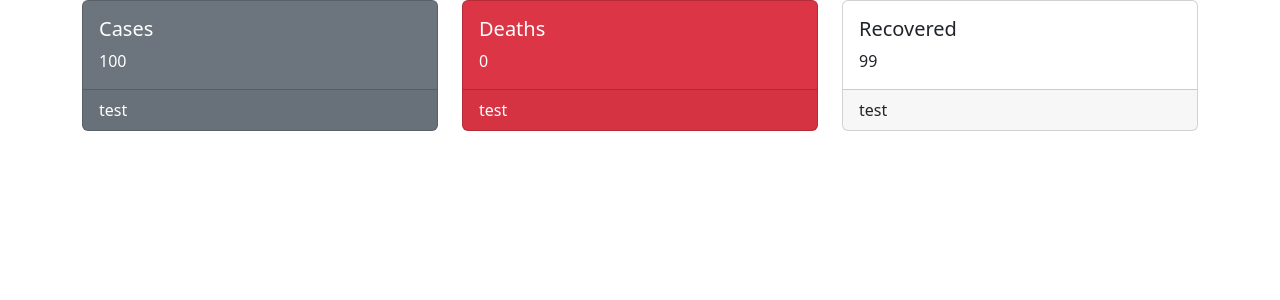
Repository: azizdeghais/CovidTracker
Page: /
The author's editor kept a copy of each file at every save. The page is drawn from the files as they stood at one save, then again after the next save.
The browser window is 1280 px wide. The pictures show the whole page.
The project was rebuilt for these pictures with package versions that can differ from the ones it lists, and the page was loaded fresh each time. Also part of the build but not shown: vite.config.js.

Above is the page before, as saved 2023-03-09 15:50:15.

### src/main.jsx
import React from 'react'
import ReactDOM from 'react-dom/client'
import App from './App'
import 'bootstrap/dist/css/bootstrap.min.css';


ReactDOM.createRoot(document.getElementById('root')).render(
  <React.StrictMode>
    <App />
  </React.StrictMode>,
)

### src/App.jsx
import React, { useEffect } from 'react'
import axios from 'axios'
import Container from 'react-bootstrap/Container';
import Row from 'react-bootstrap/Row';
import Col from 'react-bootstrap/Col';
import Card from 'react-bootstrap/Card';



function App() {




  return (
    <Container>
      <Row >
        <Col>
          <Card bg='secondary' text='white' >
            <Card.Body>
              <Card.Title>Cases</Card.Title>
              <Card.Text>
                100
              </Card.Text>
            </Card.Body>
            <Card.Footer>
              test
            </Card.Footer>
          </Card>
        </Col>
        <Col>
          <Card bg='danger' text='white' >
            <Card.Body>
              <Card.Title>Deaths</Card.Title>
              <Card.Text>
                0
              </Card.Text>
            </Card.Body>
            <Card.Footer>
              test
            </Card.Footer>
          </Card>
        </Col>
        <Col>
          <Card >
            <Card.Body>
              <Card.Title>Recovered</Card.Title>
              <Card.Text>
               99
              </Card.Text>
            </Card.Body>
            <Card.Footer>
              test
            </Card.Footer>
          </Card>
        </Col>
      </Row>
    </Container>
  )
}

export default App

Loaded but not shown: index.html (common file)

After the next save:
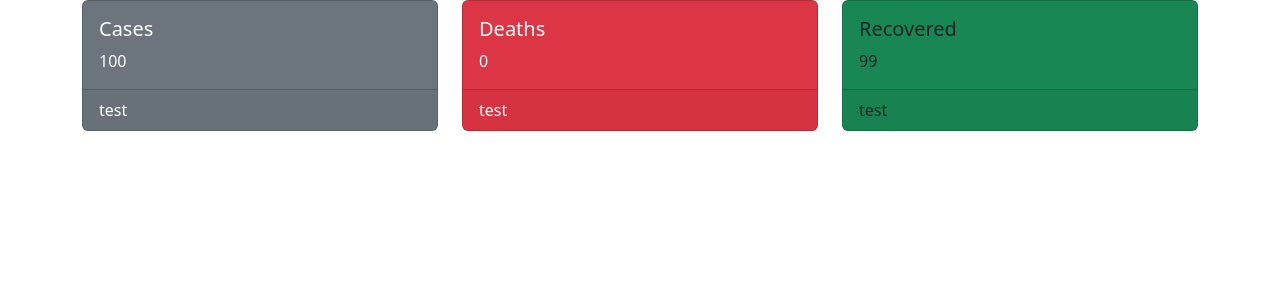
Saved 9 s later.
--- a/src/App.jsx
+++ b/src/App.jsx
@@ -42,7 +42,7 @@ function App() {
           </Card>
         </Col>
         <Col>
-          <Card >
+          <Card bg='success' >
             <Card.Body>
               <Card.Title>Recovered</Card.Title>
               <Card.Text>
